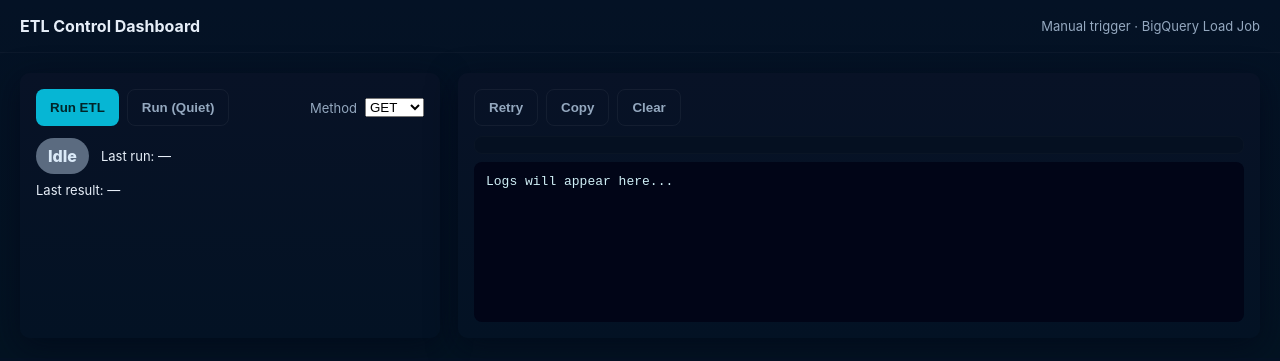
Repository: kbruhadesh/etl_files
Page: public/index.html
The author's editor kept a copy of each file at every save. The page is drawn from the files as they stood at one save, then again after the next save.
The browser window is 1280 px wide. The pictures show the whole page.

Above is the page before, as saved 2025-11-27 00:54:33.
Console error: TypeError: Cannot set properties of null (setting 'textContent')

### public/index.html
<!DOCTYPE html>
<html lang="en">
<head>
  <meta charset="UTF-8" />
  <meta name="viewport" content="width=device-width, initial-scale=1.0" />
  <title>ETL Dashboard</title>
  <link rel="stylesheet" href="style.css" />
</head>

<body>

  <div class="topbar">
    <div class="title">ETL Control Dashboard</div>
    <div class="meta">Manual trigger · BigQuery Load Job</div>
  </div>

  <div class="container">

    <div class="panel">
      <div class="controls">
        <div class="left">
          <button class="btn primary" id="runBtn">Run ETL</button>
          <button class="btn ghost" id="runQuietBtn">Run (Quiet)</button>
        </div>

        <div class="right">
          <label class="small">Method</label>
          <select id="method">
            <option value="GET">GET</option>
            <option value="POST">POST</option>
          </select>
        </div>
      </div>

      <div class="status-row">
        <span id="statusPill" class="status status-wait">Idle</span>
        <span id="lastRun" class="status-info">Last run: —</span>
      </div>

      <div class="status-info" id="lastResult">Last result: —</div>
    </div>

    <div class="panel">
      <div class="log-actions">
        <button class="btn ghost" id="retryBtn">Retry</button>
        <button class="btn ghost" id="copyLogs">Copy</button>
        <button class="btn ghost" id="clearHistory">Clear</button>
      </div>

      <div class="history" id="historyList"></div>

      <div class="logbox" id="logBox">Logs will appear here...</div>
    </div>

  </div>

  <script src="script.js"></script>

</body>
</html>

### public/style.css
:root{
  --bg:#071022; --card:#081226; --muted:#94a8bf; --accent:#06b6d4;
  --ok:#0c934f; --fail:#aa2230; --wait:#5b6b80;
  font-family: Inter, system-ui, -apple-system, "Segoe UI", Roboto, Arial;
}
*{box-sizing:border-box}
body{margin:0;background:linear-gradient(180deg,#041225 0,#031322 100%);color:#e6eef8}
.topbar{padding:16px 20px;border-bottom:1px solid rgba(255,255,255,0.03);display:flex;justify-content:space-between;align-items:center}
.title{font-weight:700}
.meta{font-size:13px;color:var(--muted)}
.container{display:grid;grid-template-columns:420px 1fr;gap:18px;padding:20px}
.panel{background:linear-gradient(180deg,var(--card),#031224);border-radius:10px;padding:16px;box-shadow:0 8px 30px rgba(2,6,23,0.6)}
.controls{display:flex;justify-content:space-between;align-items:center;gap:12px;margin-bottom:12px}
.btn{padding:10px 14px;border-radius:8px;border:0;cursor:pointer;font-weight:700}
.btn.primary{background:var(--accent);color:#012529}
.btn.ghost{background:transparent;border:1px solid rgba(255,255,255,0.05);color:var(--muted)}
.left{display:flex;gap:8px}
.right{display:flex;gap:8px;align-items:center}
.small{font-size:13px;color:var(--muted)}
.status-row{display:flex;align-items:center;gap:12px;margin:8px 0}
.status{padding:8px 12px;border-radius:999px;font-weight:800}
.status-wait{background:var(--wait);color:#dbeaf8}
.status-ok{background:var(--ok);color:#e7fbef}
.status-fail{background:var(--fail);color:#ffdce0}
.status-info{font-size:13px}
.log-actions{display:flex;gap:8px;margin-bottom:10px}
.history{max-height:240px;overflow:auto;border-radius:8px;background:#051021;padding:8px;border:1px solid rgba(255,255,255,0.02);font-family:monospace;margin-bottom:8px}
.history .item{padding:8px;border-bottom:1px solid rgba(255,255,255,0.02);display:flex;justify-content:space-between;gap:8px;align-items:center}
.logbox{background:#010517;padding:12px;border-radius:8px;min-height:160px;overflow:auto;color:#cfeff6;font-family:monospace;font-size:13px}
.footer{padding:12px 20px;color:var(--muted);font-size:13px}
.muted{color:var(--muted);font-size:13px}

### public/script.js
// ===== CONFIG =====
const CLOUD_RUN_URL = "https://etl-transform-service-564878881238.asia-south1.run.app/";
// ==================

// Get UI elements
const runBtn = document.getElementById("runBtn");
const runQuietBtn = document.getElementById("runQuietBtn");
const retryBtn = document.getElementById("retryBtn");
const statusPill = document.getElementById("statusPill");
const lastRunEl = document.getElementById("lastRun");
const lastResult = document.getElementById("lastResult");
const logBox = document.getElementById("logBox");
const historyList = document.getElementById("historyList");
const copyLogsBtn = document.getElementById("copyLogs");
const clearHistoryBtn = document.getElementById("clearHistory");
const methodEl = document.getElementById("method");

// These two DO NOT exist in your HTML — so we skip them
const timeoutEl = { value: 30 };
const serviceUrlShort = null;


serviceUrlShort.textContent = CLOUD_RUN_URL.replace(/^https?:\/\//, "").replace(/\/$/, "");

// Utility
function setStatus(text, cls="status-wait"){ statusPill.textContent = text; statusPill.className = "status " + cls; }
function ts(){ return new Date().toLocaleString(); }

function appendLog(msg){
  logBox.textContent = `[${ts()}] ${msg}\n\n` + logBox.textContent;
}

// History in localStorage
const HISTORY_KEY = "etl_dashboard_history";
function loadHistory(){ return JSON.parse(localStorage.getItem(HISTORY_KEY) || "[]"); }
function saveHistory(h){ localStorage.setItem(HISTORY_KEY, JSON.stringify(h)); }
function addHistory(entry){
  const h = loadHistory();
  h.unshift(entry);
  if(h.length>50) h.pop();
  saveHistory(h);
  renderHistory();
}

function renderHistory(){
  const h = loadHistory();
  historyList.innerHTML = "";
  if(h.length===0){ historyList.innerHTML = `<div class="muted">No runs yet.</div>`; return; }
  h.forEach((it, i) => {
    const div = document.createElement("div");
    div.className = "item";
    div.innerHTML = `<div>
        <div style="font-weight:700">${it.status} · ${it.ts}</div>
        <div class="small">${it.method} · ${it.duration_ms}ms · HTTP ${it.http_status||"-"}</div>
      </div>
      <div>
        <button data-i="${i}" class="btn ghost small view">View</button>
      </div>`;
    historyList.appendChild(div);
  });
  // attach listeners
  [...historyList.querySelectorAll("button.view")].forEach(b=>{
    b.addEventListener("click", (e)=>{
      const idx = Number(e.currentTarget.dataset.i);
      const h = loadHistory()[idx];
      logBox.textContent = `=== Run ${idx} — ${h.ts} ===\nStatus: ${h.status}\nHTTP: ${h.http_status}\nMethod: ${h.method}\nDuration: ${h.duration_ms} ms\n\nResponse:\n${h.body}\n\n` + logBox.textContent;
      lastRunEl.textContent = "Last run: " + h.ts;
      lastResult.textContent = `Last: ${h.status} · HTTP ${h.http_status||"-"}`;
    });
  });
}

// Main trigger
let lastRequest = null;
async function triggerETL({quiet=false, method="GET"}={}){
  try{
    setStatus("Running...", "status-wait");
    appendLog("Triggering ETL...");
    const t = Number(timeoutEl.value || 30) * 1000;
    const controller = new AbortController();
    const id = setTimeout(()=>controller.abort(), t);
    const start = performance.now();

    let res;
    if(method === "GET"){
      res = await fetch(CLOUD_RUN_URL, {method:"GET", signal: controller.signal});
    } else {
      res = await fetch(CLOUD_RUN_URL, {
        method:"POST",
        headers: {"Content-Type":"application/json"},
        body: JSON.stringify({trigger:"manual", ts: Date.now()}),
        signal: controller.signal
      });
    }
    clearTimeout(id);
    const duration = Math.round(performance.now() - start);
    const text = await res.text().catch(()=>"[non-text-response]");

    const entry = {
      ts: ts(),
      status: res.ok ? "SUCCESS" : "FAILED",
      http_status: res.status,
      method,
      duration_ms: duration,
      body: text
    };
    lastRequest = {method};
    addHistory(entry);

    lastRunEl.textContent = "Last run: " + entry.ts;
    lastResult.textContent = entry.status + " · HTTP " + entry.http_status;

    if(res.ok){
      setStatus("Success", "status-ok");
      appendLog("SUCCESS: HTTP " + res.status + " — " + (text||"(empty)"));
    } else {
      setStatus("Error", "status-fail");
      appendLog("ERROR: HTTP " + res.status + " — " + (text||"(empty)"));
    }
    if(!quiet){
      logBox.textContent = `=== HTTP ${res.status} ===\n${text}\n\n` + logBox.textContent;
    }
  } catch (err){
    setStatus("Failed", "status-fail");
    appendLog("EXCEPTION: " + (err.message||String(err)));
    addHistory({ts:ts(), status:"EXCEPTION", method, duration_ms:0, http_status:null, body:err.message||String(err)});
  }
}

// UI wiring
runBtn.addEventListener("click", ()=> triggerETL({quiet:false, method: methodEl.value}));
runQuietBtn.addEventListener("click", ()=> triggerETL({quiet:true, method: methodEl.value}));
retryBtn.addEventListener("click", ()=> {
  if(lastRequest) triggerETL({quiet:false, method: lastRequest.method});
  else appendLog("No last request to retry.");
});
copyLogsBtn.addEventListener("click", async ()=>{
  try{
    await navigator.clipboard.writeText(logBox.textContent);
    appendLog("Logs copied to clipboard.");
  }catch(e){ appendLog("Copy failed: " + (e.message||e)); }
});
clearHistoryBtn.addEventListener("click", ()=> {
  localStorage.removeItem(HISTORY_KEY);
  renderHistory();
  appendLog("History cleared.");
});

// initial
renderHistory();
setStatus("Idle", "status-wait");
serviceUrlShort && (serviceUrlShort.textContent = CLOUD_RUN_URL.replace(/^https?:\/\//, "").replace(/\/$/, ""));

After the next save:
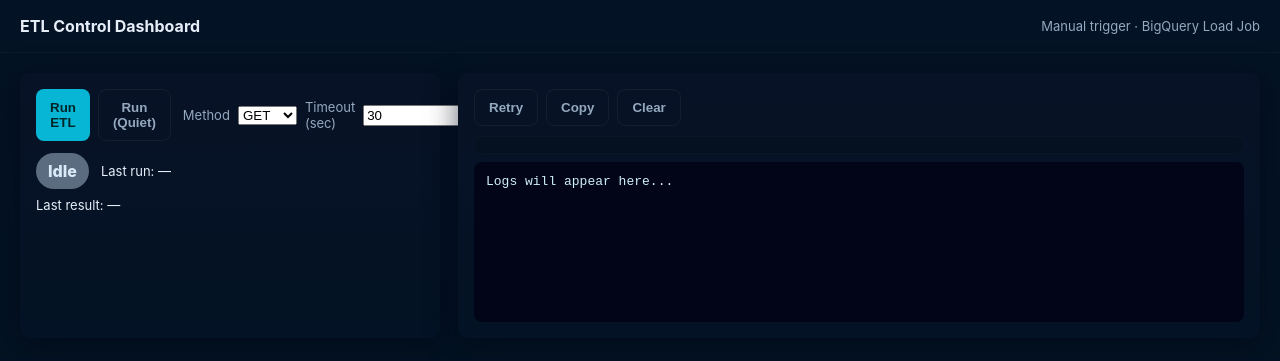
Saved 3 min 11 s later.
--- a/public/index.html
+++ b/public/index.html
@@ -29,6 +29,13 @@
             <option value="GET">GET</option>
             <option value="POST">POST</option>
           </select>
+
+          <!-- ▼ Added code here -->
+          <label class="small">Timeout (sec)</label>
+          <input id="timeout" type="number" value="30" />
+
+          <span id="serviceUrlShort"></span>
+          <!-- ▲ End added code -->
         </div>
       </div>
 
